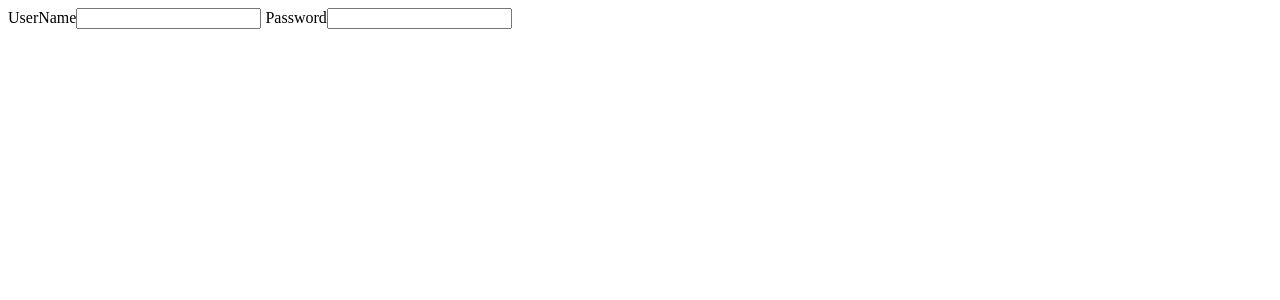
Repository: suma94/MyProjects
Page: http://localhost/Test3/Login.jsp
These files come from the project's save history. The page is drawn as it stood at one moment and after the next save; the edit follows.
The browser window is 1280 px wide. The pictures show the whole page.
The page is served by Tomcat 9. Other server files are loaded and not shown.

Above is the page before, as saved 2015-08-24 05:23:24.

### Test3/WebContent/Login.jsp
<%@ page language="java" contentType="text/html; charset=ISO-8859-1"
    pageEncoding="ISO-8859-1"%>
<!DOCTYPE html PUBLIC "-//W3C//DTD HTML 4.01 Transitional//EN" "http://www.w3.org/TR/html4/loose.dtd">
<html>
<head>
<meta http-equiv="Content-Type" content="text/html; charset=ISO-8859-1">
<title>Insert title here</title>
</head>
<body>
<form action="">
	UserName<input type="text" name="username" >
	Password<input type="password" name="password">

</form>
</body>
</html>

After the next save:
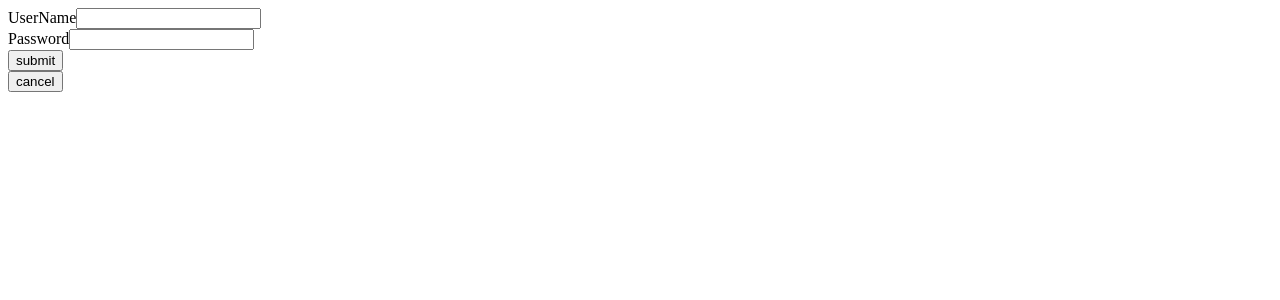
Saved 106 s later.
--- a/Test3/WebContent/Login.jsp
+++ b/Test3/WebContent/Login.jsp
@@ -8,9 +8,10 @@
 </head>
 <body>
 <form action="">
-	UserName<input type="text" name="username" >
-	Password<input type="password" name="password">
-
+	UserName<input type="text" name="username" ></br>
+	Password<input type="password" name="password"></br>
+	<input type="button" value="submit" name="submit"></br>
+	<input type="button" value="cancel" name="cancel">
 </form>
 </body>
 </html>
